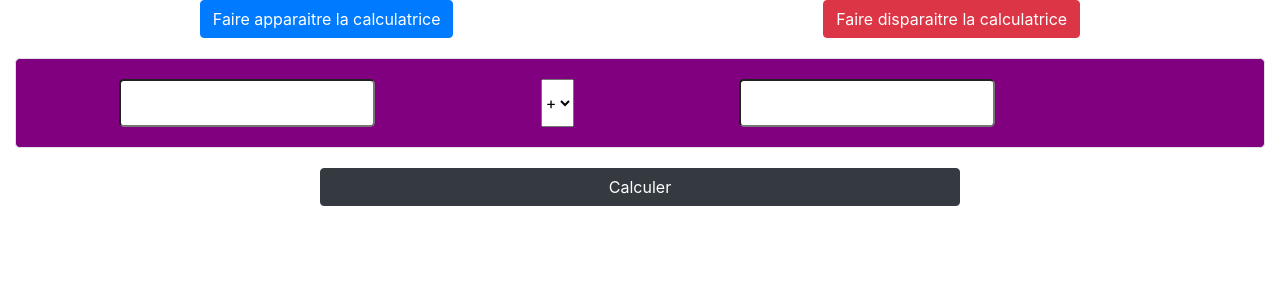
Repository: julieLyM/calculatrice
Page: calculatrice.html
These files come from the project's save history. The page is drawn as it stood at one moment and after a run of saves; the edit follows.
The browser window is 1280 px wide. The pictures show the whole page.

Above is the page before, as saved 2020-12-08 15:30:18.

After the next 2 saves:
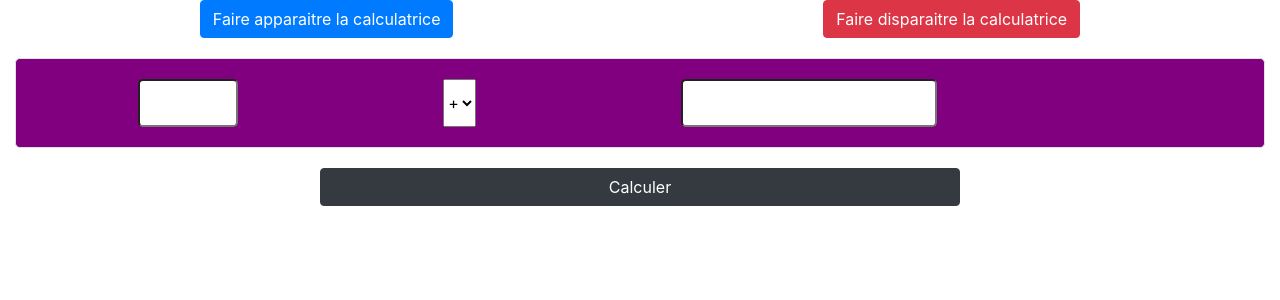
The 2 saves are shown as one change because they came seconds apart.
The last was saved 8 s later.
--- a/calculatrice.html
+++ b/calculatrice.html
@@ -18,7 +18,7 @@
           </button>
         </div>
         <div class="row justify-content-around border w-100 rounded-lg" id="blocCal"  style="padding: 20px;margin: 20px auto; text-align:center; background-color: purple">
-          <input type="text" class="rounded-lg"  id="nombre1" style="">
+          <input type="text" class="rounded-lg"  id="nombre1" style="width: 100px;">
           <select name="calcul" id="operateur">
             <option>+</option>
             <option>-</option>
